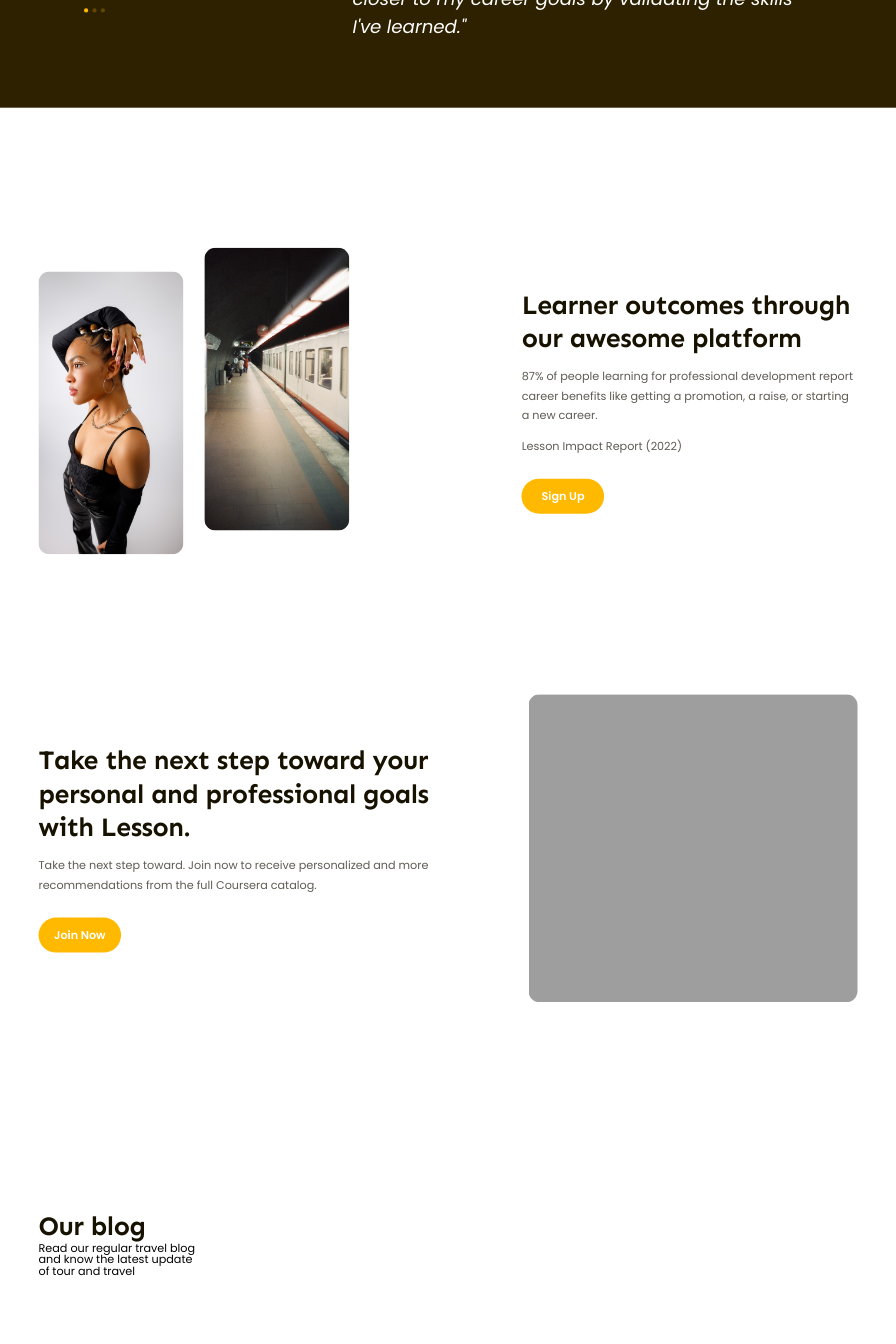
Repository: nguyenkhai1311/project-02
Page: index.html
The author's editor kept a copy of each file at every save. The page is drawn from the files as they stood at one save, then again after a run of saves.
The browser window is 1280 px wide. The pictures show the part of the page from y = 2217 to 4137 px (the page is 4137 px tall before and 4105 px after), at 70% of full size.
Pictures or frames that could not be fetched are drawn as grey boxes.

Above is the page before, as saved 2023-04-01 16:38:17.

### index.html
<!DOCTYPE html>
<html lang="en">
    <head>
        <meta charset="UTF-8" />
        <meta http-equiv="X-UA-Compatible" content="IE=edge" />
        <meta name="viewport" content="width=device-width, initial-scale=1.0" />
        <title>Project-02</title>

        <!-- Reset Css -->
        <link rel="stylesheet" href="./assets/css/reset.css" />

        <!-- Embed Fonts -->
        <link rel="preconnect" href="https://fonts.googleapis.com" />
        <link rel="preconnect" href="https://fonts.gstatic.com" crossorigin />
        <link
            href="https://fonts.googleapis.com/css2?family=Poppins:ital,wght@0,400;0,500;0,600;1,400&family=Sen:wght@700&display=swap"
            rel="stylesheet"
        />
        <!-- Style Css -->
        <link rel="stylesheet" href="./assets/css/style.css" />
    </head>
    <body>
        <!-- Header -->
        <div>
            <header class="header fixed">
                <div class="main-content">
                    <div class="navbar">
                        <!-- Logo -->
                        <img
                            src="./assets/img/Logo.svg"
                            alt="Lesson."
                            class="logo"
                        />

                        <!-- Navigation -->
                        <nav class="nav">
                            <ul>
                                <li class="active">
                                    <a href="#!">Home</a>
                                </li>
                                <li>
                                    <a href="#!">Courses</a>
                                </li>
                                <li>
                                    <a href="#!">Pricing</a>
                                </li>
                                <li>
                                    <a href="#!">Reviews</a>
                                </li>
                            </ul>
                        </nav>

                        <!-- Action -->
                        <div class="action">
                            <a href="#!" class="btn action-link">Sign Up</a>
                        </div>
                    </div>
                </div>
            </header>

            <main>
                <!-- Hero -->
                <div class="hero">
                    <div class="main-content">
                        <div class="body">
                            <div class="media-block">
                                <img
                                    src="./assets/img/hero-img.jpg"
                                    alt="Learn without limits and spread knowledge."
                                    class="hero-img"
                                />
                                <div class="hero-summary">
                                    <div class="item">
                                        <div class="icon">
                                            <img
                                                src="./assets/icon/list.svg"
                                                alt=""
                                            />
                                        </div>
                                        <div class="info">
                                            <p class="label">20 Courses</p>
                                            <div class="title">
                                                UI/UX Design
                                            </div>
                                        </div>
                                    </div>
                                    <div class="item">
                                        <div class="icon">
                                            <img
                                                src="./assets/icon/code.svg"
                                                alt=""
                                            />
                                        </div>
                                        <div class="info">
                                            <p class="label">20 Courses</p>
                                            <div class="title">Development</div>
                                        </div>
                                    </div>
                                    <div class="item">
                                        <div class="icon">
                                            <img
                                                src="./assets/icon/speaker.svg"
                                                alt=""
                                            />
                                        </div>
                                        <div class="info">
                                            <p class="label">30 Courses</p>
                                            <div class="title">Marketing</div>
                                        </div>
                                    </div>
                                </div>
                            </div>

                            <div class="content-block">
                                <h1 class="heading lv1">
                                    Learn without limits and spread knowledge.
                                </h1>
                                <p class="desc">
                                    Build new skills for that “this is my year”
                                    feeling with courses, certificates, and
                                    degrees from world-class universities and
                                    companies.
                                </p>
                                <div class="cta-group">
                                    <a href="#!" class="btn hero-cta"
                                        >See Courses</a
                                    >
                                    <button class="watch-video">
                                        <div class="icon">
                                            <img
                                                src="./assets/icon/play.svg"
                                                alt=""
                                            />
                                        </div>
                                        <span>Watch Video</span>
                                    </button>
                                </div>
                                <p class="desc">Recent engagement</p>
                                <p class="desc stats">
                                    <strong>50K</strong> Students
                                    <strong>70+</strong> Courses
                                </p>
                            </div>
                        </div>
                    </div>
                </div>

                <!-- Popular -->
                <div class="popular">
                    <div class="main-content">
                        <div class="popular-top">
                            <div class="title">
                                <h2 class="heading lv2">Our popular courses</h2>
                                <p class="desc">
                                    Build new skills with new trendy courses and
                                    shine for the next future career.
                                </p>
                            </div>
                            <div class="controls">
                                <button class="control-btn">
                                    <svg
                                        width="8"
                                        height="14"
                                        viewBox="0 0 8 14"
                                        fill="none"
                                        xmlns="http://www.w3.org/2000/svg"
                                    >
                                        <path
                                            d="M7 1L1 7L7 13"
                                            stroke="currentColor"
                                            stroke-linecap="round"
                                            stroke-linejoin="round"
                                        />
                                    </svg>
                                </button>
                                <button class="control-btn">
                                    <svg
                                        width="8"
                                        height="14"
                                        viewBox="0 0 8 14"
                                        fill="none"
                                        xmlns="http://www.w3.org/2000/svg"
                                    >
                                        <path
                                            d="M1 1L7 7L1 13"
                                            stroke="currentColor"
                                            stroke-linecap="round"
                                            stroke-linejoin="round"
                                        />
                                    </svg>
                                </button>
                            </div>
                        </div>
                        <div class="course-list">
                            <div class="course-item">
                                <a href="#!">
                                    <img
                                        src="./assets/img/course-1.jpg"
                                        alt="Basic web design"
                                        class="thumb"
                                    />
                                </a>
                                <div class="info">
                                    <div class="head">
                                        <h3 class="title">
                                            <a href="#!" class="line-clamp">
                                                Basic web design
                                            </a>
                                        </h3>
                                        <div class="rating">
                                            <img
                                                src="./assets/icon/star.svg"
                                                alt=""
                                                class="star"
                                            />
                                            <span class="value">4.5</span>
                                        </div>
                                    </div>
                                    <p class="desc line-clamp line-2 break-all">
                                        Get the best course, gain knowledge and
                                        shine for your future career.
                                    </p>
                                    <div class="foot">
                                        <p class="price">$120.75</p>
                                        <a class="btn book-btn" href="#!"
                                            >Book Now</a
                                        >
                                    </div>
                                </div>
                            </div>
                            <div class="course-item">
                                <a href="#!">
                                    <img
                                        src="./assets/img/course-2.jpg"
                                        alt="UI/UX design"
                                        class="thumb"
                                    />
                                </a>
                                <div class="info">
                                    <div class="head">
                                        <h3 class="title">
                                            <a href="#!" class="line-clamp">
                                                UI/UX design
                                            </a>
                                        </h3>
                                        <div class="rating">
                                            <img
                                                src="./assets/icon/star.svg"
                                                alt=""
                                            />
                                            <span class="value">4.5</span>
                                        </div>
                                    </div>
                                    <p class="desc line-clamp line-2 break-all">
                                        Get the best course, gain knowledge and
                                        shine for your future career.
                                    </p>
                                    <div class="foot">
                                        <p class="price">$120.75</p>
                                        <a class="btn book-btn" href="#!"
                                            >Book Now</a
                                        >
                                    </div>
                                </div>
                            </div>
                            <div class="course-item">
                                <a href="#!">
                                    <img
                                        src="./assets/img/course-3.jpg"
                                        alt="Web App design"
                                        class="thumb"
                                    />
                                </a>
                                <div class="info">
                                    <div class="head">
                                        <p class="title">
                                            <a href="#!" class="line-clamp">
                                                Web App design
                                            </a>
                                        </p>
                                        <div class="rating">
                                            <img
                                                src="./assets/icon/star.svg"
                                                alt=""
                                            />
                                            <span class="value">4.5</span>
                                        </div>
                                    </div>
                                    <p class="desc line-clamp line-2 break-all">
                                        Get the best course, gain knowledge and
                                        shine for your future career.
                                    </p>
                                    <div class="foot">
                                        <p class="price">$120.75</p>
                                        <a class="btn book-btn" href="#!"
                                            >Book Now</a
                                        >
                                    </div>
                                </div>
                            </div>
                        </div>
                    </div>
                </div>

                <!-- Feedback -->
                <div class="feedback">
                    <div class="main-content">
                        <div class="feedback-list">
                            <div class="feedback-item">
                                <div class="info">
                                    <img
                                        src="./assets/img/feedback-avatar.jpg"
                                        alt="Peter Moor"
                                        class="avatar"
                                    />
                                    <p class="title">Peter Moor</p>
                                    <p class="desc">Student of Web Design</p>
                                    <div class="dots">
                                        <span class="dot active"></span>
                                        <span class="dot"></span>
                                        <span class="dot"></span>
                                    </div>
                                </div>
                                <div class="content">
                                    <img
                                        src="./assets/icon/open-quotes.svg"
                                        alt=""
                                        class="open-quotes"
                                    />
                                    <blockquote>
                                        Not only does my resume look
                                        impressive—filled with the names and
                                        logos of world-class institutions—but
                                        these certificates also bring me closer
                                        to my career goals by validating the
                                        skills I've learned."
                                    </blockquote>
                                </div>
                            </div>
                        </div>
                    </div>
                </div>

                <!-- Features 1 -->
                <div class="features">
                    <div class="main-content">
                        <div class="body">
                            <div class="images">
                                <img
                                    src="./assets/img/features-1.jpg"
                                    alt=""
                                    class="lower"
                                />
                                <img src="./assets/img/features-2.jpg" alt="" />
                            </div>
                            <div class="content">
                                <h2 class="heading lv2">
                                    Learner outcomes through our awesome
                                    platform
                                </h2>
                                <p class="desc">
                                    87% of people learning for professional
                                    development report career benefits like
                                    getting a promotion, a raise, or starting a
                                    new career.
                                </p>
                                <p class="desc">Lesson Impact Report (2022)</p>
                                <a href="" class="btn cta-btn">Sign Up</a>
                            </div>
                        </div>
                    </div>
                </div>

                <!-- Features 2 -->
                <div class="features features-2nd">
                    <div class="main-content">
                        <div class="body">
                            <div class="images">
                                <img src="./assets/img/features-3.jpg" alt="" />
                            </div>
                            <div class="content">
                                <h2 class="heading lv2">
                                    Take the next step toward your personal and
                                    professional goals with Lesson.
                                </h2>
                                <p class="desc">
                                    Take the next step toward. Join now to
                                    receive personalized and more
                                    recommendations from the full Coursera
                                    catalog.
                                </p>
                                <a href="" class="btn cta-btn">Join Now</a>
                            </div>
                        </div>
                    </div>
                </div>

                <!-- Blog -->
                <div class="blog">
                    <div class="main-content">
                        <div class="blog-top">
                            <div class="title">
                                <h2 class="heading lv2">Our blog</h2>
                                <p class="desc">
                                    Read our regular travel blog and know the
                                    latest update of tour and travel
                                </p>
                            </div>
                        </div>
                    </div>
                </div>
            </main>
        </div>
    </body>
</html>

Loaded but not shown: assets/css/reset.css (common file); assets/css/style.css (570 lines, source omitted)

After the next 2 saves:
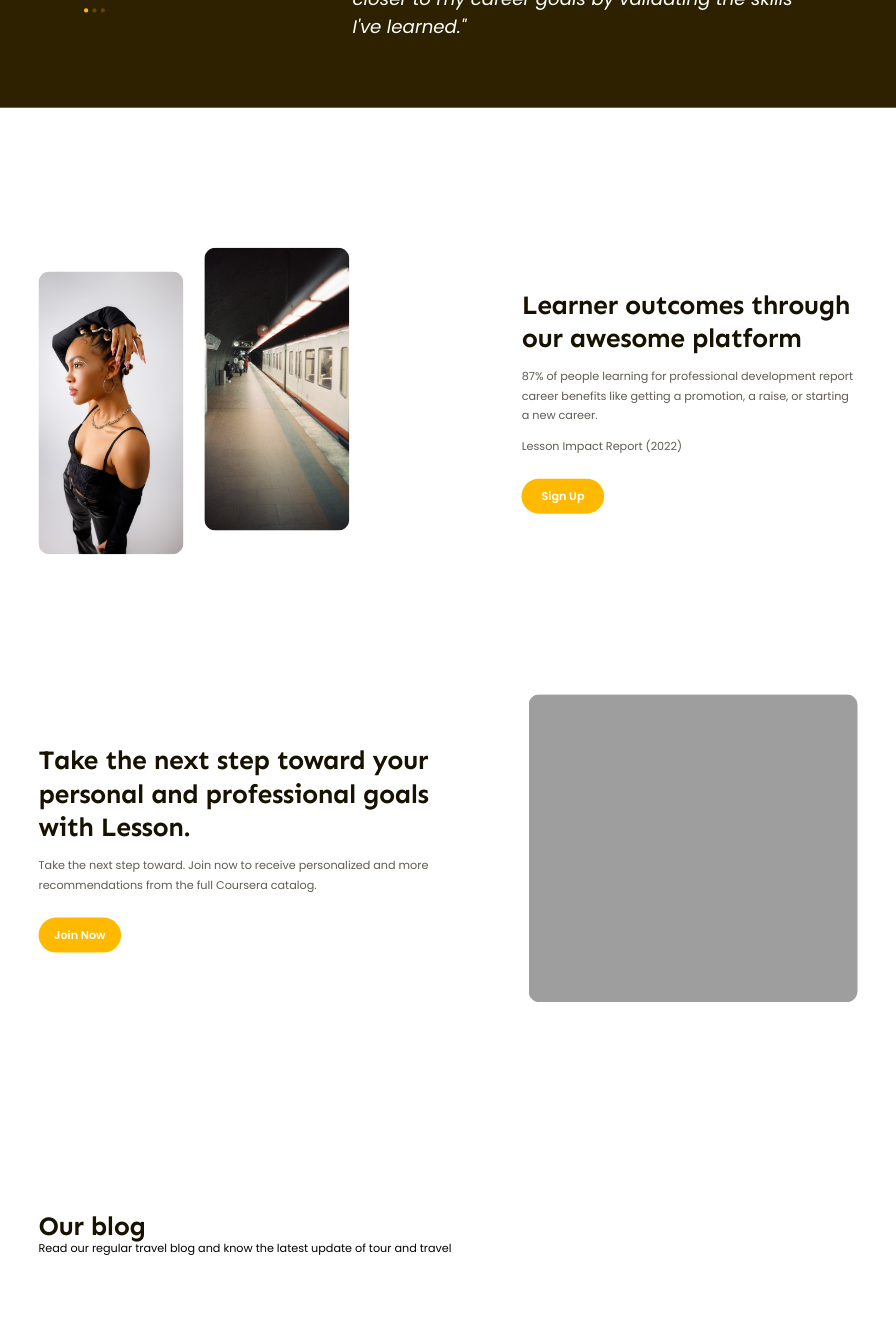
The 2 saves are shown as one change because they came seconds apart.
The last was saved 6 s later.
--- a/index.html
+++ b/index.html
@@ -399,13 +399,11 @@
                 <div class="blog">
                     <div class="main-content">
                         <div class="blog-top">
-                            <div class="title">
-                                <h2 class="heading lv2">Our blog</h2>
-                                <p class="desc">
-                                    Read our regular travel blog and know the
-                                    latest update of tour and travel
-                                </p>
-                            </div>
+                            <h2 class="heading lv2">Our blog</h2>
+                            <p class="desc">
+                                Read our regular travel blog and know the latest
+                                update of tour and travel
+                            </p>
                         </div>
                     </div>
                 </div>
